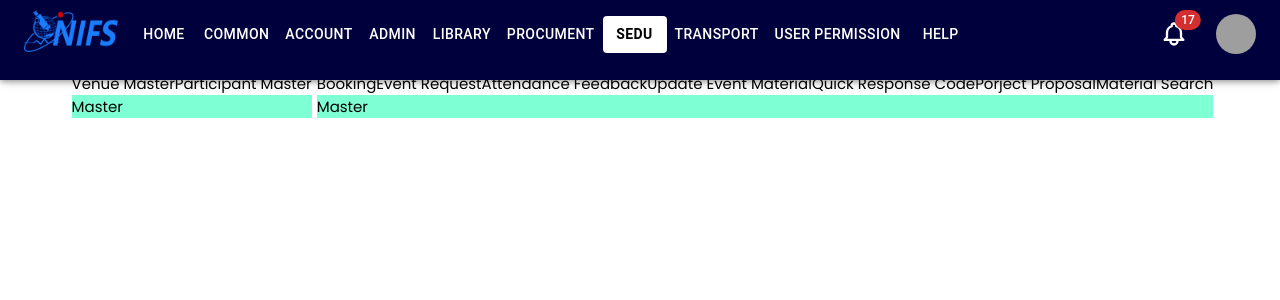
Repository: virangaj/NIFS-WebApp
Page: /sedu (app in client/)
These files come from the project's save history. The page is drawn as it stood at one moment and after the next save; the edit follows.
The browser window is 1280 px wide. The pictures show the whole page.
Pictures or frames that could not be fetched are drawn as grey boxes. The project was rebuilt for these pictures with package versions that can differ from the ones it lists, and the page was loaded fresh each time. Also part of the build but not shown: client/src/pages/Login.tsx, client/src/pages/Home.tsx, client/src/components/Transport/shared/TransportNavbar.js, client/src/pages/TransportMainPage.tsx, client/src/pages/CommonMainPage.tsx, client/src/pages/AccountMainPage.tsx, client/src/pages/AdminMainPage.tsx, client/src/pages/LibraryMainPage.js and 4 more.

Above is the page before, as saved 2022-07-27 00:43:36.

### client/public/index.html
<!DOCTYPE html>
<html lang="en">
	<head>
		<meta charset="utf-8" />
		<link rel="icon" href="nifs_logo.png" />
		<meta name="viewport" content="width=device-width, initial-scale=1" />
		<meta name="theme-color" content="#000000" />
		<meta
			name="description"
			content="Web site created using create-react-app"
		/>
		<link rel="apple-touch-icon" href="%PUBLIC_URL%/logo192.png" />
		<!--
      manifest.json provides metadata used when your web app is installed on a
      user's mobile device or desktop. See https://developers.google.com/web/fundamentals/web-app-manifest/
    -->
		<link rel="manifest" href="%PUBLIC_URL%/manifest.json" />
		<!--
      Notice the use of %PUBLIC_URL% in the tags above.
      It will be replaced with the URL of the `public` folder during the build.
      Only files inside the `public` folder can be referenced from the HTML.

      Unlike "/favicon.ico" or "favicon.ico", "%PUBLIC_URL%/favicon.ico" will
      work correctly both with client-side routing and a non-root public URL.
      Learn how to configure a non-root public URL by running `npm run build`.
    -->
		<link
			href="https://fonts.googleapis.com/css?family=Poppins"
			rel="stylesheet"
		/>
		<title>NIFS Dashboard</title>
	</head>
	<body>
		<noscript>You need to enable JavaScript to run this app.</noscript>
		<div id="root"></div>
		<!--
      This HTML file is a template.
      If you open it directly in the browser, you will see an empty page.

      You can add webfonts, meta tags, or analytics to this file.
      The build step will place the bundled scripts into the <body> tag.

      To begin the development, run `npm start` or `yarn start`.
      To create a production bundle, use `npm run build` or `yarn build`.
    -->
	</body>
</html>

### client/src/index.css
* {
  margin: 0;
}

body {
  font-family: 'Poppins';
  -webkit-font-smoothing: antialiased;
  -moz-osx-font-smoothing: grayscale;
}

:root {
  --main-navbar-back: #00003c;

}


.nav-logo {
  width: 100px;
  height: auto;
}

/* main navbar */
.main-navbar {
  background-color: var(--main-navbar-back) !important;
  width: 100% !important;
  height: 80px !important;

}



/* secondary navbar */
.secondary-navbar {
  margin-top: 10vh !important;
  margin: auto;
}

.nav-flex-section {
  display: flex;
  justify-content: center;
}

.nav-flex-inside {
  margin-left: 5px;
  margin-left: 5px;
}

.nav-title {
  font-size: 15px;

}

.nav-title-section {
  background-color: aquamarine;
}

/* body content */
.body-content {
  margin: auto;
  width: 90%;
  margin-top: 10vh;

}

.sub-body-content {
  margin: auto;
  width: 90%;
  margin-top: 3vh;
}

### client/src/App.tsx
import React, { useEffect } from 'react';
import Navbar from './components/shared/Navbar';
import Login from './pages/Login'
import { BrowserRouter as Router, Route, Routes } from 'react-router-dom'
import Home from './pages/Home';
import TransportMainPage from './pages/TransportMainPage';
import CommonMainPage from './pages/CommonMainPage';
import AccountMainPage from './pages/AccountMainPage';
import AdminMainPage from './pages/AdminMainPage';
import LibraryMainPage from './pages/LibraryMainPage';
import ProcumentMainPage from './pages/ProcumentMainPage';
import SeduMainPage from './pages/SeduMainPage';
import UserPermissionMainPage from './pages/UserPermissionMainPage';
import NotificationMainPage from './pages/NotificationMainPage';
import HelpMainPage from './pages/HelpMainPage';

function App() {


  return (
    <Router>
      <Navbar />
      <Routes>

        <Route path="/login" element={<Login />} />
        <Route path="/" element={<Home />} />
        <Route path="/common/*" element={<CommonMainPage />} />
        <Route path="/account/*" element={<AccountMainPage />} />
        <Route path="/admin/*" element={<AdminMainPage />} />
        <Route path="/library/*" element={<LibraryMainPage />} />
        <Route path="/procument/*" element={<ProcumentMainPage />} />
        <Route path="/sedu/*" element={<SeduMainPage />} />
        <Route path="/transport/*" element={<TransportMainPage />} />
        <Route
          path="/user-permission/*"
          element={<UserPermissionMainPage />}
        />
        <Route
          path="/notification/*"
          element={<NotificationMainPage />}
        />
        <Route path="/help/*" element={<HelpMainPage />} />
      </Routes>


    </Router>
  );
}

export default App;

### client/src/components/shared/Navbar.tsx
import * as React from 'react';
import AppBar from '@mui/material/AppBar';
import Box from '@mui/material/Box';
import Toolbar from '@mui/material/Toolbar';
import IconButton from '@mui/material/IconButton';
import Typography from '@mui/material/Typography';
import Menu from '@mui/material/Menu';
import Container from '@mui/material/Container';
import Avatar from '@mui/material/Avatar';
import Button from '@mui/material/Button';
import Tooltip from '@mui/material/Tooltip';
import MenuItem from '@mui/material/MenuItem';
import { HiMenuAlt2, HiOutlineBell } from "react-icons/hi";
import Badge from '@mui/material/Badge';
import Logo from '../../images/nifs_logo.png'
import { Link, useLocation } from 'react-router-dom';
const pages = [
    {
        id: 0,
        title: 'Home',
        link: '/',
    },
    {
        id: 1,
        title: 'Common',
        link: '/common',
    },
    {
        id: 2,
        title: 'Account',
        link: '/account',
    },
    {
        id: 3,
        title: 'Admin',
        link: '/admin',
    },
    {
        id: 4,
        title: 'Library',
        link: '/library',
    },
    {
        id: 5,
        title: 'Procument',
        link: '/procument',
    },
    {
        id: 6,
        title: 'SEDU',
        link: '/sedu',
    },
    {
        id: 7,
        title: 'Transport',
        link: '/transport',
    },
    {
        id: 8,
        title: 'User Permission',
        link: '/user-permission',
    },
    // {
    //     id: 9,
    //     title: 'Notification',
    //     link: '/notification',
    // },
    {
        id: 10,
        title: 'Help',
        link: '/help',
    },
];
const settings = [
    {
        id: 0,
        title: 'Login',
        link: '/login',
    },
];
const Navbar = () => {

    const location: any = useLocation();
    console.log(location.pathname.split('/')[1])


    const [anchorElNav, setAnchorElNav] = React.useState<null | HTMLElement>(null);
    const [anchorElUser, setAnchorElUser] = React.useState<null | HTMLElement>(null);

    const handleOpenNavMenu = (event: React.MouseEvent<HTMLElement>) => {
        setAnchorElNav(event.currentTarget);
    };
    const handleOpenUserMenu = (event: React.MouseEvent<HTMLElement>) => {
        setAnchorElUser(event.currentTarget);
    };

    const handleCloseNavMenu = () => {
        setAnchorElNav(null);
    };

    const handleCloseUserMenu = () => {
        setAnchorElUser(null);
    };

    return (
        <AppBar position="fixed" className="main-navbar">
            <Container maxWidth="xl">
                <Toolbar disableGutters>
                    {/*Responsive view start here  */}
                    <Box sx={{ display: { xs: 'none', md: 'flex' }, mr: 1 }}>
                        <Link to='/'>
                            <img src={Logo} alt="logo" className="nav-logo" />
                        </Link>
                    </Box>


                    <Box sx={{ flexGrow: 1, display: { xs: 'flex', md: 'none' } }}>
                        <IconButton
                            size="large"
                            aria-label="account of current user"
                            aria-controls="menu-appbar"
                            aria-haspopup="true"
                            onClick={handleOpenNavMenu}
                            color="inherit"
                        >
                            <HiMenuAlt2 />
                        </IconButton>
                        <Menu
                            id="menu-appbar"
                            anchorEl={anchorElNav}
                            anchorOrigin={{
                                vertical: 'bottom',
                                horizontal: 'left',
                            }}
                            keepMounted
                            transformOrigin={{
                                vertical: 'top',
                                horizontal: 'left',
                            }}
                            open={Boolean(anchorElNav)}
                            onClose={handleCloseNavMenu}
                            sx={{
                                display: { xs: 'block', md: 'none' },
                            }}
                        >
                            {pages && pages.map((page) => (
                                location.pathname.split('/')[1] === page.link.split('/')[1] ?
                                    <Link to={page.link} style={{ textDecoration: 'none' }} >
                                        <Button
                                            key={page.id}
                                            onClick={handleCloseNavMenu}
                                            sx={{ my: 2, color: 'white', display: 'block' }}
                                            style={{ backgroundColor: '#000', color: '#fff', fontWeight: 700 }}
                                        >
                                            {page.title}
                                        </Button>
                                    </Link>
                                    :
                                    <Link to={page.link} style={{ textDecoration: 'none' }} >
                                        <Button
                                            key={page.id}
                                            onClick={handleCloseNavMenu}
                                            sx={{ my: 2, color: 'white', display: 'block' }}
                                            style={{ backgroundColor: '#fff', color: '#000' }}
                                        >
                                            {page.title}
                                        </Button>
                                    </Link>
                            ))}
                        </Menu>
                    </Box>
                    {/* Responsive view ends here */}

                    {/* Full width starts here */}
                    <Box
                        sx={{
                            mr: 2,
                            display: { xs: 'flex', md: 'none' },
                            flexGrow: 1,
                        }}
                    >
                        <Link to='/'>
                            <img src={Logo} alt="logo" className="nav-logo" />
                        </Link>
                    </Box>

                    <Box sx={{ flexGrow: 1, display: { xs: 'none', md: 'flex' } }}>
                        {pages.map((page) => (
                            location.pathname.split('/')[1] === page.link.split('/')[1] ?
                                <Link to={page.link} style={{ textDecoration: 'none' }} >
                                    <Button
                                        key={page.id}
                                        onClick={handleCloseNavMenu}
                                        sx={{ my: 2, color: 'white', display: 'block' }}
                                        style={{ backgroundColor: '#fff', color: '#000', fontWeight: 700 }}


                                    >
                                        {page.title}
                                    </Button>
                                </Link>
                                :
                                <Link to={page.link} style={{ textDecoration: 'none' }} >
                                    <Button
                                        key={page.id}
                                        onClick={handleCloseNavMenu}
                                        sx={{ my: 2, color: 'white', display: 'block' }}

                                    >
                                        {page.title}
                                    </Button>
                                </Link>
                        ))}
                    </Box>
                    <IconButton
                        size="large"
                        aria-label="show 17 new notifications"
                        color="inherit"
                        sx={{ mr: 2 }}
                    >
                        <Badge badgeContent={17} color="error">
                            <HiOutlineBell />
                        </Badge>
                    </IconButton>
                    <Box sx={{ flexGrow: 0 }}>
                        <Tooltip title="Open settings">
                            <IconButton onClick={handleOpenUserMenu} sx={{ p: 0 }}>
                                <Avatar alt="Remy Sharp" src="/static/images/avatar/2.jpg" />
                            </IconButton>
                        </Tooltip>
                        <Menu
                            sx={{ mt: '45px' }}
                            id="menu-appbar"
                            anchorEl={anchorElUser}
                            anchorOrigin={{
                                vertical: 'top',
                                horizontal: 'right',
                            }}
                            keepMounted
                            transformOrigin={{
                                vertical: 'top',
                                horizontal: 'right',
                            }}
                            open={Boolean(anchorElUser)}
                            onClose={handleCloseUserMenu}
                        >
                            {settings && settings.map((setting) => (
                                <MenuItem key={setting.id} onClick={handleCloseUserMenu}>
                                    <Typography textAlign="center">{setting.title}</Typography>
                                </MenuItem>
                            ))}
                        </Menu>
                    </Box>
                </Toolbar>
            </Container>
        </AppBar>
    );
};
export default Navbar;

### client/src/pages/SeduMainPage.tsx
import React from 'react';
import { Route, Routes } from 'react-router-dom';
import SeduSecondaryNavbar from '../components/sedu/SeduSecondaryNavbar';
import SecondaryNavbar from '../components/shared/SecondaryNavbar';


// sedu main page where all other section of sedu department can be access from here
function SeduMainPage() {

	return <div>
		<SeduSecondaryNavbar />
		<div className="sub-body-content">
			<Routes>
				{/* <Route path="/" element={<NewRequest />} />
					<Route path="/recommend" element={<RecommendedRequest />} />
					<Route path="/approve" element={<ApproveRequest />} /> */}
			</Routes>
		</div>
	</div>;
}

export default SeduMainPage;

### client/src/components/sedu/SeduSecondaryNavbar.tsx
import { Box } from '@mui/material'
import React from 'react'

import { FaArtstation, FaApple, FaAppStoreIos } from "react-icons/fa";
function SeduSecondaryNavbar() {

    return (
        <Box sx={{ width: '90%' }} className="secondary-navbar nav-flex-section">
            <div className='nav-flex-inside'>

                <div className='nav-flex-section'>
                    <p className='nav-title'>Venue Master</p>
                    <p className='nav-title'>Participant Master</p>

                </div>
                <div className='nav-title-section'>
                    <p className='nav-title'>Master</p>
                </div>
            </div>
            <div className='nav-flex-inside'>

                <div className='nav-flex-section'>
                    <p className='nav-title'>Booking</p>
                    <p className='nav-title'>Event Request</p>
                    <p className='nav-title'>Attendance Feedback</p>
                    <p className='nav-title'>Update Event Material</p>
                    <p className='nav-title'>Quick Response Code</p>
                    <p className='nav-title'>Porject Proposal</p>
                    <p className='nav-title'>Material Search</p>
                </div>
                <div className='nav-title-section'>
                    <p className='nav-title'>Master</p>
                </div>
            </div>
        </Box>
    )
}

export default SeduSecondaryNavbar

Loaded but not shown: client/src/index.tsx (common file); client/src/reportWebVitals.ts (common file)

After the next save:
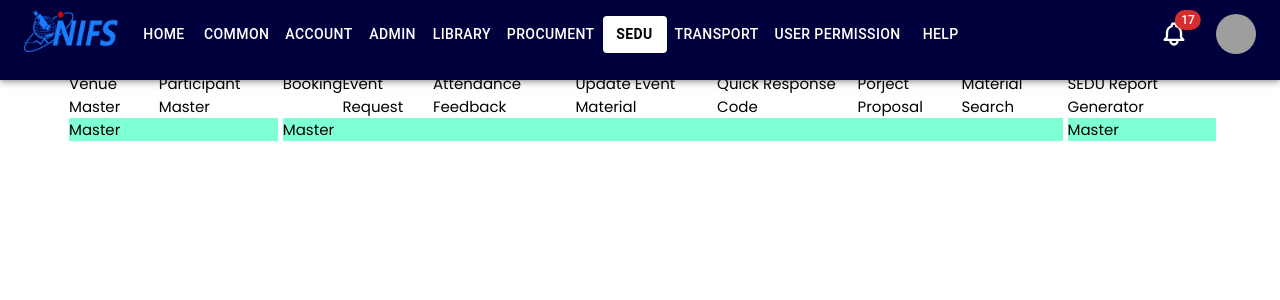
Saved 32 s later.
--- a/client/src/components/sedu/SeduSecondaryNavbar.tsx
+++ b/client/src/components/sedu/SeduSecondaryNavbar.tsx
@@ -32,6 +32,16 @@ function SeduSecondaryNavbar() {
                     <p className='nav-title'>Master</p>
                 </div>
             </div>
+            <div className='nav-flex-inside'>
+
+                <div className='nav-flex-section'>
+                    <p className='nav-title'>SEDU Report Generator</p>
+
+                </div>
+                <div className='nav-title-section'>
+                    <p className='nav-title'>Master</p>
+                </div>
+            </div>
         </Box>
     )
 }
